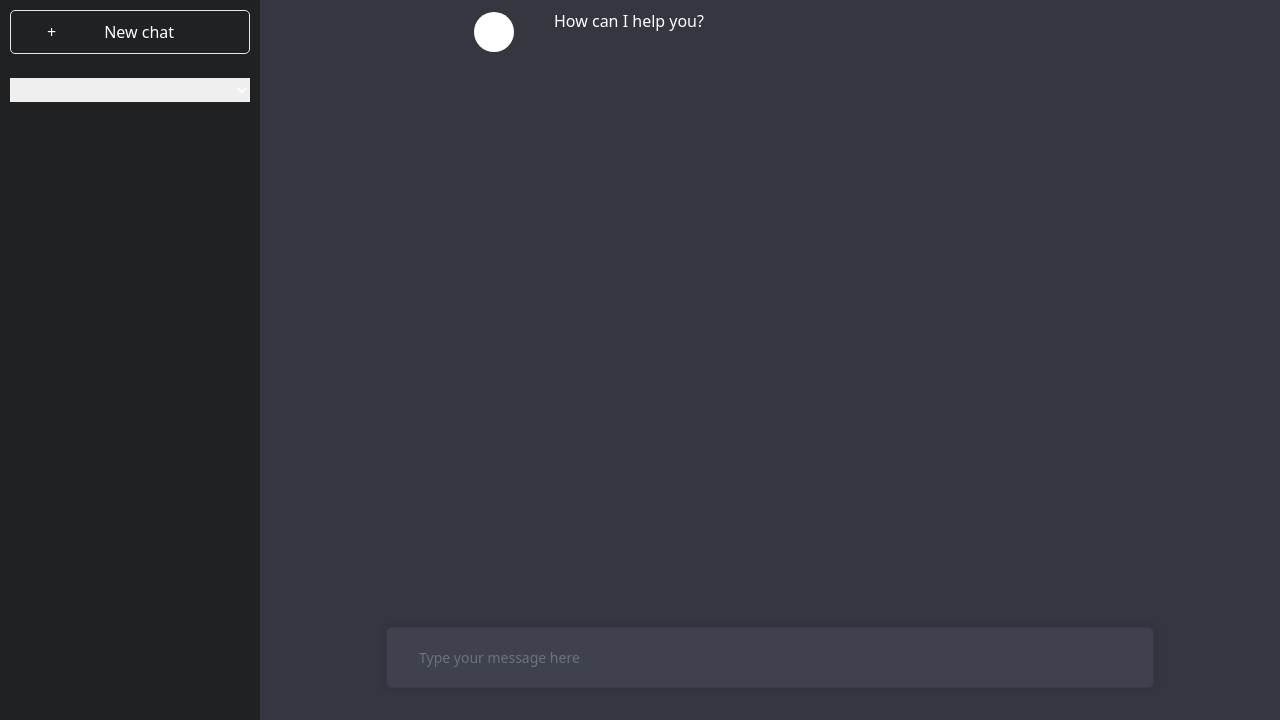
Repository: ciobiano/ChatGPT_V2.0-unoffical-
Page: / (app in client/)
An editor plug-in stored every save of this project. The page is shown before and after a run of saves, followed by the edit.
The browser window is 1280 px wide. The pictures show the whole page.
The page's requests for data from a server got no answer. The project was rebuilt for these pictures with package versions that can differ from the ones it lists, and the page was loaded fresh each time. No one was signed in, and anything a server would have sent is missing. Also part of the build but not shown: client/src/index.css.

Above is the page before, as saved 2023-01-13 16:47:13.

### client/src/App.js
import "./App.css";
import "./normal.css";
import { useState, useEffect} from "react";

function App() {
	 useEffect(() => {
			getModels();
		}, []);

		// Declare state variables for input, models, current model, and chat log
		const [input, setInput] = useState("");
		const [models, setModels] = useState([]);
		const [currentModel, setCurrentModel] = useState("text-davinci-003");
		const [chatLog, setChatLog] = useState([
			{
				user: "gpt",
				message: "How can I help you?",
			},
		]);

		// function to clear the chat log
		const clearChatLog = () => {
			setChatLog([]);
		};

		// function to fetch the list of available models from the local server
		function getModels() {
			fetch("http://localhost:3080/models")
				.then((response) => response.json())
				.then((data) => setModels(data.models.data));
		}

		// Define a function to handle the form submission
		async function handleSubmit(e) {
			// Prevent the default form submission behavior
			e.preventDefault();

			// Add the user's input to the chat log
			let chatLogNew = [...chatLog, { user: "me", message: `${input}` }];
			// Clear the input field
			setInput("");
			// Update the chat log state
			setChatLog(chatLogNew);

			// Map the chat log array to a string with newline separators
			const messages = chatLogNew.map((message) => message.message).join("\n");
			// Send a POST request to the local server with the chat log and the current model
			const response = await fetch("http://localhost:3080", {
				method: "POST",
				headers: {
					"Content-Type": "application/json",
				},
				body: JSON.stringify({
					message: messages,
					currentModel,
				}),
			});

			// Update the chat log with the response from the server
			const data = await response.json();
			setChatLog([...chatLogNew, { user: "gpt", message: `${data.message}` }]);
		}
	return (
		<div className="App absolute top-0 right-0 bottom-0 left-0">
			<aside className=" bg-[var(--text-primary)] w-[260px] p-[10px]">
				<div className="p-[12px] border  rounded-[5px] text-left hover:bg-[rgba(255,255,255,0.1)] transition-all">
					<span className="pl-6 pr-12 ">+</span>
					New chat
				</div>
				<div className="Models flex items-center mt-[24px] w-full">
					<select className="w-full bg"
						onChange={(e) => {
							setCurrentModel(e.target.value);
						}}
					>
						{models.map((model) => (
							<option id={model.id}>{model.id}</option>
						))}
					</select>
				</div>
			</aside>
			<section className="chatbox flex-[1] relative ">
				<div className=" chat-log text-left">
					{chatLog.map((message) => (
						<ChatMessage message={message} />
					))}
				</div>
				<div className="input-chat-button p-[24 px] absolute bottom-0 left-0 right-0 ">
					<form
						className="stretch mx-2 flex flex-row gap-3 pt-2 last:mb-2 md:last:mb-6 lg:mx-auto lg:max-w-3xl lg:pt-6"
						onSubmit={handleSubmit}
					>
						<div className="relative flex h-full flex-1 md:flex-col">
							<div className="ml-1 mt-1.5 md:w-full md:m-auto md:flex md:mb-2 gap-2 justify-center">
								<div className="flex flex-col w-full py-2 flex-grow md:py-3 md:pl-4 relative border border-black/10 bg-[#40414f] dark:border-gray-900/50 dark:text-white dark:bg-gray-700 rounded-md shadow-[0_0_10px_rgba(0,0,0,0.10)] dark:shadow-[0_0_15px_rgba(0,0,0,0.10)]">
									<input
										className="w-full h-full px-4 py-2 text-sm text-white placeholder-gray-500 bg-transparent border-none outline-none resize-none"
										rows={1}
										value={input}
										onChange={(e) => setInput(e.target.value)}
										placeholder="Type your message here"
									></input>
								</div>
							</div>
						</div>
					</form>
				</div>
			</section>
		</div>
	);
}


const ChatMessage = ({ message}) => {
	return (
		<div className={` chat-message bg-[var (--text-default)] ${message.user === "gpt" && "chatgpt"}`}>
			<div className="chat-message-center  max-w-[640px] mx-auto flex p-[12px]  px-[24px]">
				<div
					className={`avatar rounded-[50%] w-[40px] h-[40px] ${
						message.user === "gpt" && "chatgpt"
					}`}
				>
					{message.user === "gpt" && (
						<svg
							transform="scale(0.8)"
							width={41}
							height={41}
							fill="none"
							xmlns="http://www.w3.org/2000/svg"
							strokeWidth={1.5}
							className="h-6 w-6"
						>
							<path
								d="M37.532 16.87a9.963 9.963 0 0 0-.856-8.184 10.078 10.078 0 0 0-10.855-4.835A9.964 9.964 0 0 0 18.306.5a10.079 10.079 0 0 0-9.614 6.977 9.967 9.967 0 0 0-6.664 4.834 10.08 10.08 0 0 0 1.24 11.817 9.965 9.965 0 0 0 .856 8.185 10.079 10.079 0 0 0 10.855 4.835 9.965 9.965 0 0 0 7.516 3.35 10.078 10.078 0 0 0 9.617-6.981 9.967 9.967 0 0 0 6.663-4.834 10.079 10.079 0 0 0-1.243-11.813ZM22.498 37.886a7.474 7.474 0 0 1-4.799-1.735c.061-.033.168-.091.237-.134l7.964-4.6a1.294 1.294 0 0 0 .655-1.134V19.054l3.366 1.944a.12.12 0 0 1 .066.092v9.299a7.505 7.505 0 0 1-7.49 7.496ZM6.392 31.006a7.471 7.471 0 0 1-.894-5.023c.06.036.162.099.237.141l7.964 4.6a1.297 1.297 0 0 0 1.308 0l9.724-5.614v3.888a.12.12 0 0 1-.048.103l-8.051 4.649a7.504 7.504 0 0 1-10.24-2.744ZM4.297 13.62A7.469 7.469 0 0 1 8.2 10.333c0 .068-.004.19-.004.274v9.201a1.294 1.294 0 0 0 .654 1.132l9.723 5.614-3.366 1.944a.12.12 0 0 1-.114.01L7.04 23.856a7.504 7.504 0 0 1-2.743-10.237Zm27.658 6.437-9.724-5.615 3.367-1.943a.121.121 0 0 1 .113-.01l8.052 4.648a7.498 7.498 0 0 1-1.158 13.528v-9.476a1.293 1.293 0 0 0-.65-1.132Zm3.35-5.043c-.059-.037-.162-.099-.236-.141l-7.965-4.6a1.298 1.298 0 0 0-1.308 0l-9.723 5.614v-3.888a.12.12 0 0 1 .048-.103l8.05-4.645a7.497 7.497 0 0 1 11.135 7.763Zm-21.063 6.929-3.367-1.944a.12.12 0 0 1-.065-.092v-9.299a7.497 7.497 0 0 1 12.293-5.756 6.94 6.94 0 0 0-.236.134l-7.965 4.6a1.294 1.294 0 0 0-.654 1.132l-.006 11.225Zm1.829-3.943 4.33-2.501 4.332 2.5v5l-4.331 2.5-4.331-2.5V18Z"
								fill="currentColor"
							/>
						</svg>
					)}
				</div>
				<div className="message px-[40px]">{message.message}</div>
			</div>
		</div>
	);
}

export default App;

### client/src/App.css
@tailwind base;
@tailwind components;
@tailwind utilities;


.App {
  text-align: center;
  display: flex;
  background-color: var(--text-default);
  color: #fff;
}

:root {
  --color-primary: #19c37d;
  --color-secondary: #715fde;
  --color-error: #ef4146;
  --gradient-primary: linear-gradient(90deg, #a29bd4, #989fdd);
  --text-primary: #202123;
  --text-default: #353740;
  --text-secondary: #6e6e80;
  --text-disabled: #acacbe;
  --text-error: var(--color-error);
}

.avatar {
  background: #0da37f;

}
.avatar.chatgpt {
  background: #fff;

}

@media (prefers-reduced-motion: no-preference) {
  .App-logo {
    animation: App-logo-spin infinite 20s linear;
  }
}

.App-header {
  background-color: #282c34;
  min-height: 100vh;
  display: flex;
  flex-direction: column;
  align-items: center;
  justify-content: center;
  font-size: calc(10px + 2vmin);
  color: white;
}

.App-link {
  color: #61dafb;
}

@keyframes App-logo-spin {
  from {
    transform: rotate(0deg);
  }
  to {
    transform: rotate(360deg);
  }
}

### client/src/normal.css
/*! normalize.css v8.0.1 | MIT License | github.com/necolas/normalize.css */

/* Document
   ========================================================================== */

/**
 * 1. Correct the line height in all browsers.
 * 2. Prevent adjustments of font size after orientation changes in iOS.
 */

html {
    line-height: 1.15;
    /* 1 */
    -webkit-text-size-adjust: 100%;
    /* 2 */
}

/* Sections
     ========================================================================== */

/**
   * Remove the margin in all browsers.
   */

body {
    margin: 0;
}

/**
  * easier control over setting box-sizing: content-box for third party widgets
  * https://stackoverflow.com/questions/29605843/how-do-you-add-box-sizing-border-box-to-normalize-css-file
  */
html {
    -webkit-box-sizing: border-box;
    -moz-box-sizing: border-box;
    box-sizing: border-box;
}

*,
*::before,
*::after {
    -webkit-box-sizing: inherit;
    -moz-box-sizing: inherit;
    box-sizing: inherit;
}

/**
   * Render the `main` element consistently in IE.
   */

main {
    display: block;
}

/**
   * Correct the font size and margin on `h1` elements within `section` and
   * `article` contexts in Chrome, Firefox, and Safari.
   */

h1 {
    font-size: 2em;
    margin: 0.67em 0;
}

/* Grouping content
     ========================================================================== */

/**
   * 1. Add the correct box sizing in Firefox.
   * 2. Show the overflow in Edge and IE.
   */

hr {
    box-sizing: content-box;
    /* 1 */
    height: 0;
    /* 1 */
    overflow: visible;
    /* 2 */
}

/**
   * 1. Correct the inheritance and scaling of font size in all browsers.
   * 2. Correct the odd `em` font sizing in all browsers.
   */

pre {
    font-family: monospace, monospace;
    /* 1 */
    font-size: 1em;
    /* 2 */
}

/* Text-level semantics
     ========================================================================== */

/**
   * Remove the gray background on active links in IE 10.
   */

a {
    background-color: transparent;
}

/**
   * 1. Remove the bottom border in Chrome 57-
   * 2. Add the correct text decoration in Chrome, Edge, IE, Opera, and Safari.
   */

abbr[title] {
    border-bottom: none;
    /* 1 */
    text-decoration: underline;
    /* 2 */
    text-decoration: underline dotted;
    /* 2 */
}

/**
   * Add the correct font weight in Chrome, Edge, and Safari.
   */

b,
strong {
    font-weight: bolder;
}

/**
   * 1. Correct the inheritance and scaling of font size in all browsers.
   * 2. Correct the odd `em` font sizing in all browsers.
   */

code,
kbd,
samp {
    font-family: monospace, monospace;
    /* 1 */
    font-size: 1em;
    /* 2 */
}

/**
   * Add the correct font size in all browsers.
   */

small {
    font-size: 80%;
}

/**
   * Prevent `sub` and `sup` elements from affecting the line height in
   * all browsers.
   */

sub,
sup {
    font-size: 75%;
    line-height: 0;
    position: relative;
    vertical-align: baseline;
}

sub {
    bottom: -0.25em;
}

sup {
    top: -0.5em;
}

/* Embedded content
     ========================================================================== */

/**
   * Remove the border on images inside links in IE 10.
   */

img {
    border-style: none;
}

/* Forms
     ========================================================================== */

/**
   * 1. Change the font styles in all browsers.
   * 2. Remove the margin in Firefox and Safari.
   */

button,
input,
optgroup,
select,
textarea {
    font-family: inherit;
    /* 1 */
    font-size: 100%;
    /* 1 */
    line-height: 1.15;
    /* 1 */
    margin: 0;
    /* 2 */
}

/**
   * Show the overflow in IE.
   * 1. Show the overflow in Edge.
   */

button,
input {
    /* 1 */
    overflow: visible;
}

/**
   * Remove the inheritance of text transform in Edge, Firefox, and IE.
   * 1. Remove the inheritance of text transform in Firefox.
   */

button,
select {
    /* 1 */
    text-transform: none;
}

/**
   * Correct the inability to style clickable types in iOS and Safari.
   */

button,
[type="button"],
[type="reset"],
[type="submit"] {
    -webkit-appearance: button;
}

/**
   * Remove the inner border and padding in Firefox.
   */

button::-moz-focus-inner,
[type="button"]::-moz-focus-inner,
[type="reset"]::-moz-focus-inner,
[type="submit"]::-moz-focus-inner {
    border-style: none;
    padding: 0;
}

/**
   * Restore the focus styles unset by the previous rule.
   */

button:-moz-focusring,
[type="button"]:-moz-focusring,
[type="reset"]:-moz-focusring,
[type="submit"]:-moz-focusring {
    outline: 1px dotted ButtonText;
}

/**
   * Correct the padding in Firefox.
   */

fieldset {
    padding: 0.35em 0.75em 0.625em;
}

/**
   * 1. Correct the text wrapping in Edge and IE.
   * 2. Correct the color inheritance from `fieldset` elements in IE.
   * 3. Remove the padding so developers are not caught out when they zero out
   *    `fieldset` elements in all browsers.
   */

legend {
    box-sizing: border-box;
    /* 1 */
    color: inherit;
    /* 2 */
    display: table;
    /* 1 */
    max-width: 100%;
    /* 1 */
    padding: 0;
    /* 3 */
    white-space: normal;
    /* 1 */
}

/**
   * Add the correct vertical alignment in Chrome, Firefox, and Opera.
   */

progress {
    vertical-align: baseline;
}

/**
   * Remove the default vertical scrollbar in IE 10+.
   */

textarea {
    overflow: auto;
}

/**
   * 1. Add the correct box sizing in IE 10.
   * 2. Remove the padding in IE 10.
   */

[type="checkbox"],
[type="radio"] {
    box-sizing: border-box;
    /* 1 */
    padding: 0;
    /* 2 */
}

/**
   * Correct the cursor style of increment and decrement buttons in Chrome.
   */

[type="number"]::-webkit-inner-spin-button,
[type="number"]::-webkit-outer-spin-button {
    height: auto;
}

/**
   * 1. Correct the odd appearance in Chrome and Safari.
   * 2. Correct the outline style in Safari.
   */

[type="search"] {
    -webkit-appearance: textfield;
    /* 1 */
    outline-offset: -2px;
    /* 2 */
}

/**
   * Remove the inner padding in Chrome and Safari on macOS.
   */

[type="search"]::-webkit-search-decoration {
    -webkit-appearance: none;
}

/**
   * 1. Correct the inability to style clickable types in iOS and Safari.
   * 2. Change font properties to `inherit` in Safari.
   */

::-webkit-file-upload-button {
    -webkit-appearance: button;
    /* 1 */
    font: inherit;
    /* 2 */
}

/* Interactive
     ========================================================================== */

/*
   * Add the correct display in Edge, IE 10+, and Firefox.
   */

details {
    display: block;
}

/*
   * Add the correct display in all browsers.
   */

summary {
    display: list-item;
}

/* Misc
     ========================================================================== */

/**
   * Add the correct display in IE 10+.
   */

template {
    display: none;
}

/**
   * Add the correct display in IE 10.
   */

[hidden] {
    display: none;
}

Loaded but not shown: client/public/index.html (common file); client/src/index.js (common file); client/src/reportWebVitals.js (common file); client/tailwind.config.js (common file)

After the next 6 saves:
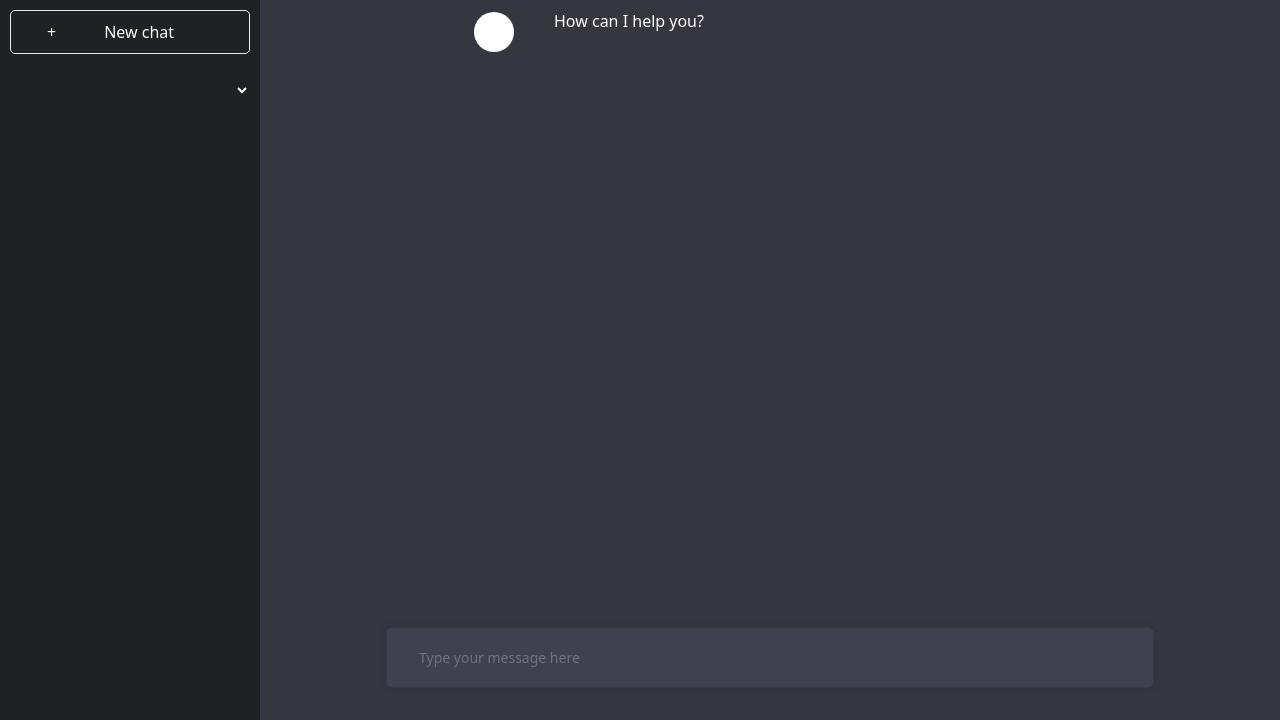
The 6 saves are shown as one change because they came seconds apart.
The last was saved 27 s later.
--- a/client/src/App.js
+++ b/client/src/App.js
@@ -68,7 +68,7 @@
 					New chat
 				</div>
 				<div className="Models flex items-center mt-[24px] w-full">
-					<select className="w-full bg"
+					<select className="w-full bg-[var(--text-primary)] colo"
 						onChange={(e) => {
 							setCurrentModel(e.target.value);
 						}}
